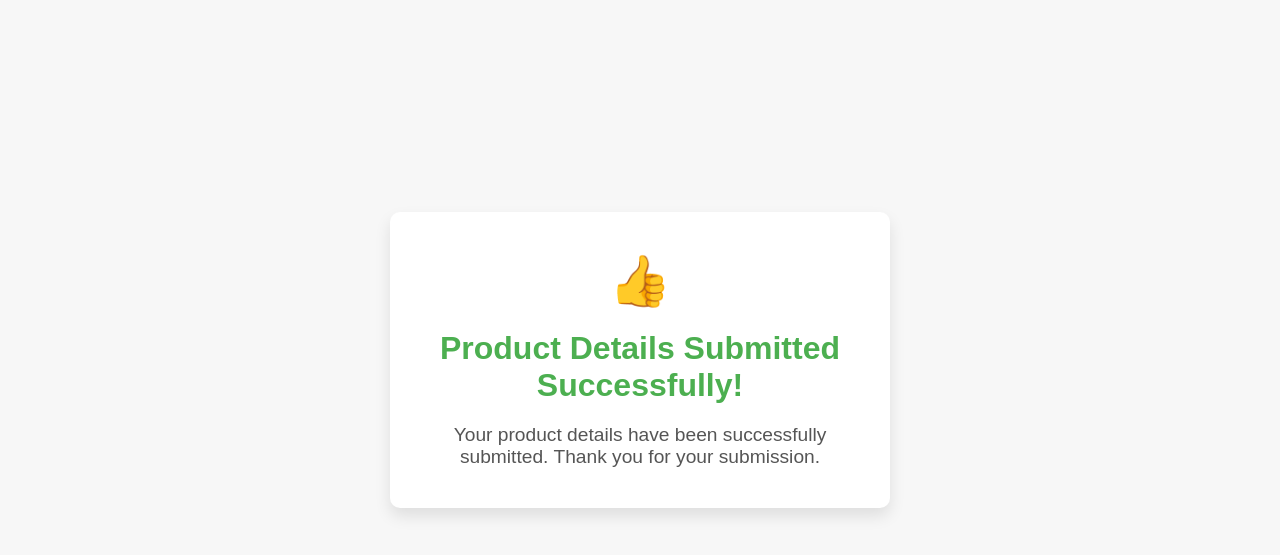
Repository: sohail1810/Product
Page: http://localhost/Success
The author's editor kept a copy of each file at every save. The page is drawn from the files as they stood at one save, then again after the next save.
The browser window is 1280 px wide. The pictures show the whole page.
The page is this project's Thymeleaf template; nobody is signed in. The template is opened directly, without the code that normally fills it, so the values that code supplies are empty.

Above is the page before, as saved 2024-12-21 17:55:07.

### SpringBootMVC-1/src/main/resources/templates/Success.html
<!DOCTYPE html>
<html lang="en">
<head>
    <meta charset="UTF-8">
    <meta name="viewport" content="width=device-width, initial-scale=1.0">
    <title>Product Details Submitted Successfully</title>
    <style>
        /* Basic reset */
        * {
            margin: 0;
            padding: 0;
            box-sizing: border-box;
        }

        body {
            font-family: 'Arial', sans-serif;
            background-color: #f7f7f7;
            display: flex;
            justify-content: center;
            align-items: center;
            height: 100vh;
            color: #333;
        }

        /* Centering the content in the viewport */
        .container {
            background-color: #ffffff;
            padding: 40px;
            border-radius: 10px;
            box-shadow: 0 8px 16px rgba(0, 0, 0, 0.1);
            text-align: center;
            max-width: 500px;
            width: 100%;
        }

        h2 {
            color: #4CAF50;
            font-size: 2rem;
            margin-bottom: 20px;
            font-weight: bold;
        }

        p {
            font-size: 1.2rem;
            color: #555;
        }

        .icon {
            font-size: 50px;
            color: #4CAF50;
            margin-bottom: 20px;
        }

        .button {
            display: inline-block;
            padding: 12px 24px;
            background-color: #4CAF50;
            color: white;
            text-decoration: none;
            border-radius: 5px;
            font-size: 1rem;
            margin-top: 20px;
            transition: background-color 0.3s ease;
        }

        .button:hover {
            background-color: #45a049;
        }

        /* Responsive Design */
        @media (max-width: 768px) {
            .container {
                padding: 20px;
            }

            h2 {
                font-size: 1.5rem;
            }
        }
    </style>
</head>
<body>

    <div class="container">
        <div class="icon">
            <!-- You can use an emoji or a font-awesome icon for success -->
            &#x1F44D; <!-- Thumbs Up Emoji -->
        </div>
        <h2>Product Details Submitted Successfully!</h2>
        <p>Your product details have been successfully submitted. Thank you for your submission.</p>
        <!-- Back to Product List button -->

    </div>

</body>
</html>

After the next save:
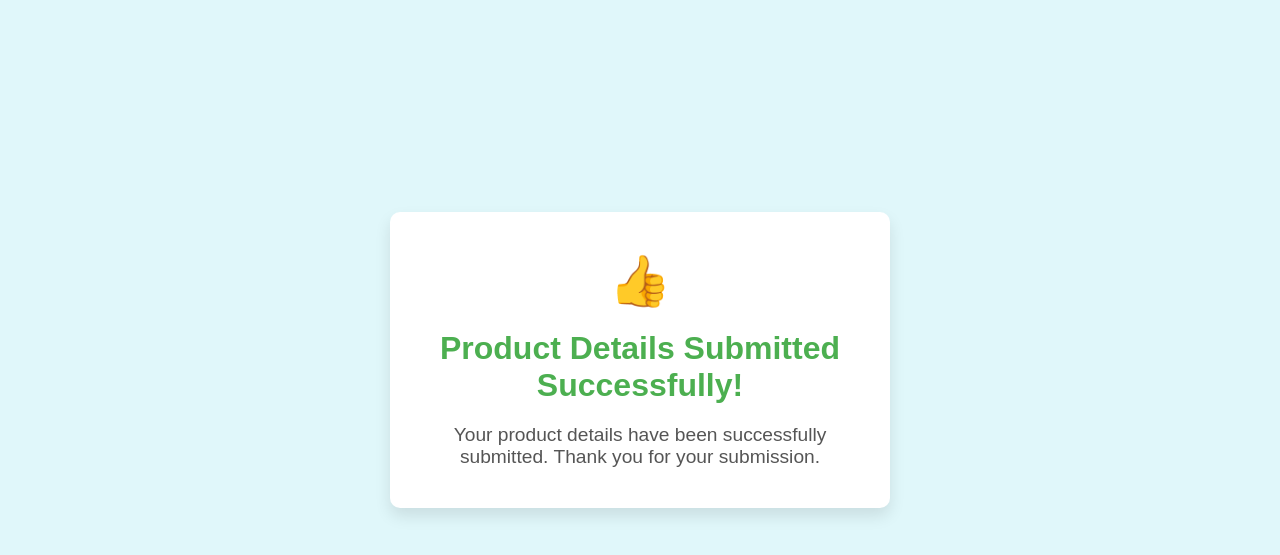
Saved 5 min 10 s later.
--- a/SpringBootMVC-1/src/main/resources/templates/Success.html
+++ b/SpringBootMVC-1/src/main/resources/templates/Success.html
@@ -14,7 +14,7 @@
 
         body {
             font-family: 'Arial', sans-serif;
-            background-color: #f7f7f7;
+            background-color: #e0f7fa; /* Light blue background color for the whole page */
             display: flex;
             justify-content: center;
             align-items: center;
@@ -24,7 +24,7 @@
 
         /* Centering the content in the viewport */
         .container {
-            background-color: #ffffff;
+            background-color: #ffffff; /* White background for the content */
             padding: 40px;
             border-radius: 10px;
             box-shadow: 0 8px 16px rgba(0, 0, 0, 0.1);
@@ -83,13 +83,11 @@
 
     <div class="container">
         <div class="icon">
-            <!-- You can use an emoji or a font-awesome icon for success -->
             &#x1F44D; <!-- Thumbs Up Emoji -->
         </div>
         <h2>Product Details Submitted Successfully!</h2>
         <p>Your product details have been successfully submitted. Thank you for your submission.</p>
         <!-- Back to Product List button -->
-
     </div>
 
 </body>
